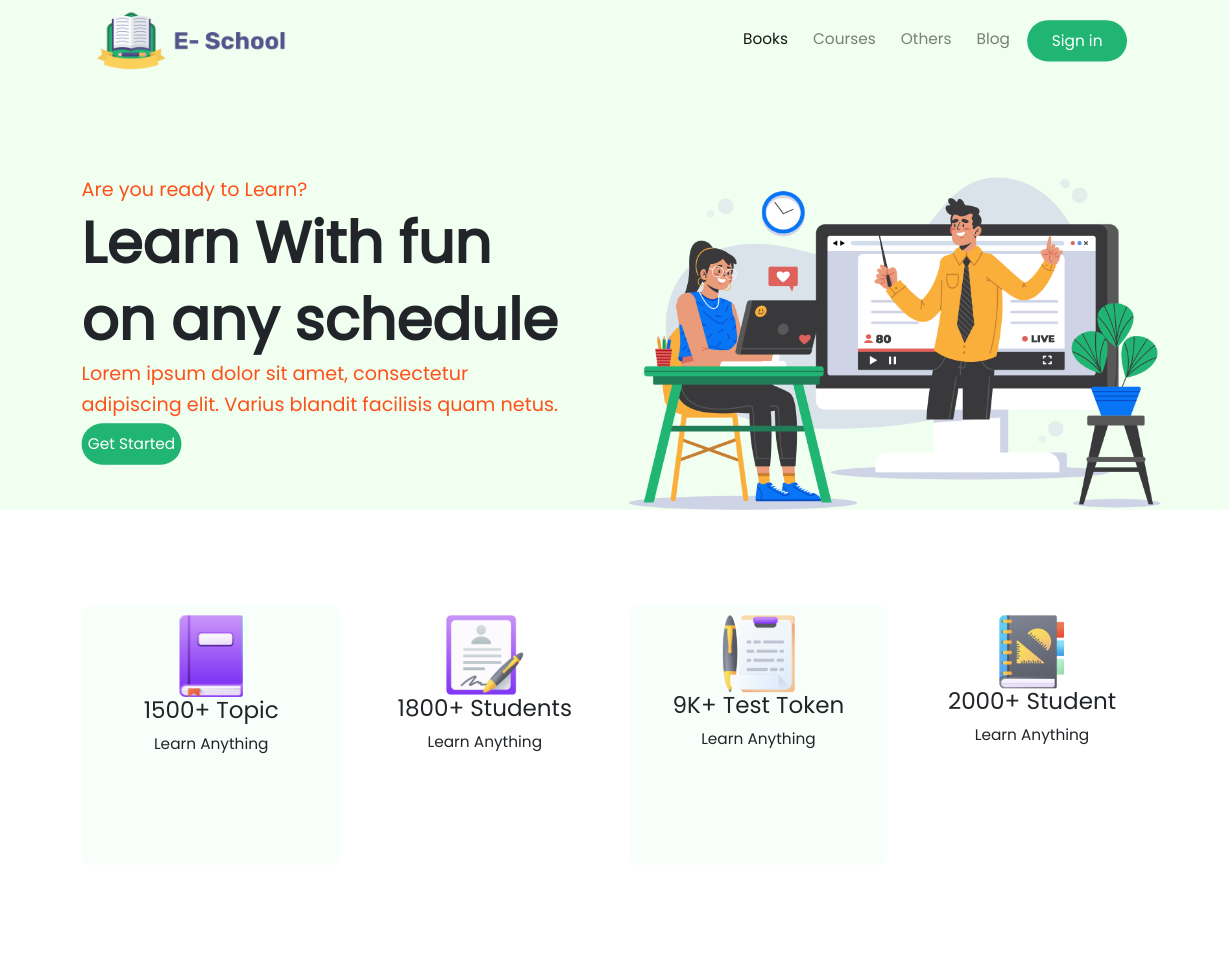
Repository: mohsinfarabi/e-school
Page: index.html
An editor plug-in stored every save of this project. The page is shown before and after the next save, followed by the edit.
The browser window is 1280 px wide. The pictures show the whole page, at 96% of full size.

Above is the page before, as saved 2020-07-08 18:09:53.

### index.html
<!DOCTYPE html>
<html lang="en">

<head>
    <meta charset="UTF-8">
    <meta name="viewport" content="width=device-width, initial-scale=1.0">
    <link rel="stylesheet" href="css/bootstrap/css/bootstrap.min.css">
    <link rel="stylesheet" href="style.css">
    <link href="https://fonts.googleapis.com/css2?family=Poppins" rel="stylesheet">
    <title>E-School</title>
</head>

<body>
    <section class="top-part">
        <div class="container">
            <nav class="navbar navbar-expand-lg navbar-light bg-transparent">
                <a class="navbar-brand" href="#"><img src="images/icon/Logo.png " alt=" "></a>
                </a>
                <button class="navbar-toggler" type="button" data-toggle="collapse" data-target="#navbarNav" aria-controls="navbarNav" aria-expanded="false" aria-label="Toggle navigation">
                  <span class="navbar-toggler-icon"></span>
                </button>

                <div class="collapse navbar-collapse" id="navbarNav">
                    <ul class="navbar-nav ml-auto">
                        <li class="nav-item active ">
                            <a class="nav-link " href="#books ">Books</a>
                        </li>
                        <li class="nav-item ">
                            <a class="nav-link " href="#courses ">Courses</a>
                        </li>
                        <li class="nav-item ">
                            <a class="nav-link " href="#others ">Others</a>
                        </li>
                        <li class="nav-item ">
                            <a class="nav-link " href="#blog ">Blog</a>
                        </li>
                        <li class="nav-item ">
                            <button class="sign-in">Sign in</button>
                        </li>

                    </ul>
                </div>

            </nav>
        </div>
        <div class="container">
            <div class="row top">
                <div class="col-md-6">

                    <h5>Are you ready to Learn?</h5>
                    <h1>Learn With fun </h1>
                    <h1>on any schedule</h1>

                    <h5>Lorem ipsum dolor sit amet, consectetur </h5>
                    <h5>adipiscing elit. Varius blandit facilisis quam netus.</h5>

                    <button class="sign-in">Get Started</button>

                </div>
                <div class="col-md-6">

                    <img src="images/Photos/Illustration.png" alt="">
                </div>
            </div>
        </div>
    </section>

    <div class="container categories">
        <div class="row">
            <div class="col-md-3">
                <div class="cat1 d-flex flex-column align-items-center">

                    <img src="images/icon/book.png" alt="">

                    <h4>1500+ Topic</h4>
                    <p>Learn Anything</p>
                </div>
            </div>
            <div class="col-md-3">
                <div class="cat2 d-flex flex-column align-items-center">

                    <img src="images/icon/Student.png" alt="">

                    <h4>1800+ Students</h4>
                    <p>Learn Anything</p>
                </div>
            </div>
            <div class="col-md-3">
                <div class="cat3 d-flex flex-column align-items-center">

                    <img src="images/icon/Test.png" alt="">

                    <h4>9K+ Test Token</h4>
                    <p>Learn Anything</p>
                </div>
            </div>
            <div class="col-md-3">
                <div class="cat4 d-flex flex-column align-items-center">

                    <img src="images/icon/Students.png" alt="">

                    <h4>2000+ Student</h4>
                    <p>Learn Anything</p>
                </div>
            </div>
        </div>
    </div>












    <script src="https://code.jquery.com/jquery-3.5.1.slim.min.js " integrity="sha384-DfXdz2htPH0lsSSs5nCTpuj/zy4C+OGpamoFVy38MVBnE+IbbVYUew+OrCXaRkfj " crossorigin="anonymous "></script>
    <script src="https://cdn.jsdelivr.net/npm/popper.js@1.16.0/dist/umd/popper.min.js " integrity="sha384-Q6E9RHvbIyZFJoft+2mJbHaEWldlvI9IOYy5n3zV9zzTtmI3UksdQRVvoxMfooAo " crossorigin="anonymous "></script>
    <script src="https://stackpath.bootstrapcdn.com/bootstrap/4.5.0/js/bootstrap.min.js " integrity="sha384-OgVRvuATP1z7JjHLkuOU7Xw704+h835Lr+6QL9UvYjZE3Ipu6Tp75j7Bh/kR0JKI " crossorigin="anonymous "></script>
</body>

</html>

### style.css
body {
    font-family: 'Poppins', sans-serif;
}

.container {
    margin-bottom: 100px;
}

.top-part {
    background-color: #F0FFF0;
}

.bg-light {
    background-color: #F0FFF0;
}

.navbar img {
    width: 198.07px;
    height: 59px;
}

.nav-item {
    padding: 5px;
    color: black;
}

.sign-in {
    width: 104px;
    height: 43px;
    border: none;
    background: #21B573;
    border-radius: 33px;
    color: white;
}

.top h5 {
    color: #FD511A;
}

.top h1 {
    font-weight: 700;
    font-size: 60px;
}

.top img {
    width: 554px;
    height: 346px;
}

.cat1,
.cat2,
.cat3,
.cat4 {
    width: 270px;
    height: 270px;
    padding: 10px 30px;
    border-radius: 10px;
}

.cat1,
.cat3 {
    background-color: #F8FFFB;
}

.cat1 img {
    width: 66px;
    height: 85px;
}

.cat2 img {
    width: 80px;
    height: 83px;
}

.cat3 img {
    width: 75px;
    height: 80px;
}

.cat4 img {
    width: 68px;
    height: 76px;
}

Loaded but not shown: css/bootstrap/css/bootstrap.min.css (library)

After the next save:
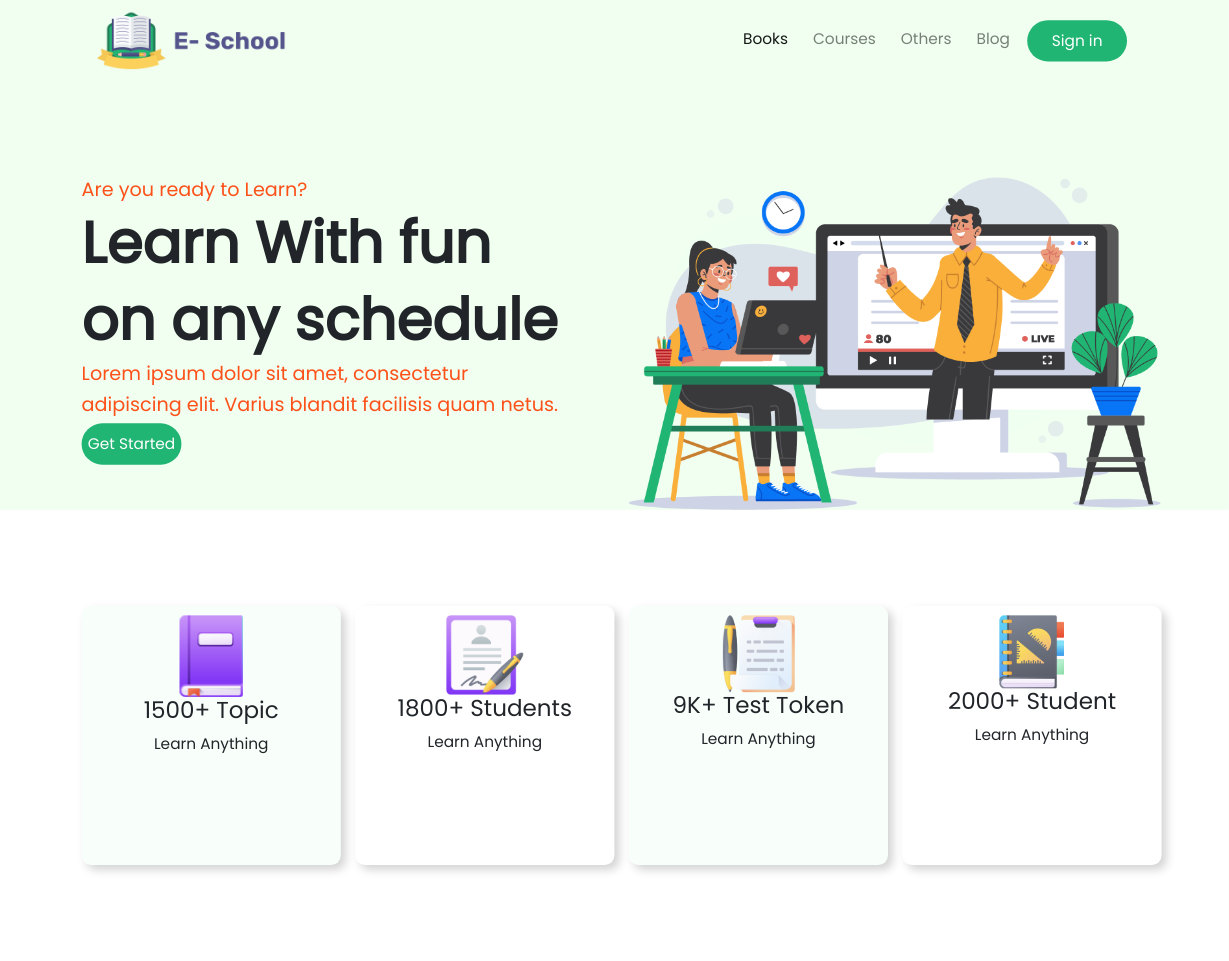
Saved 64 s later.
--- a/style.css
+++ b/style.css
@@ -55,6 +55,8 @@
     height: 270px;
     padding: 10px 30px;
     border-radius: 10px;
+    border: none;
+    box-shadow: 5px 5px 10px lightgray;
 }
 
 .cat1,
